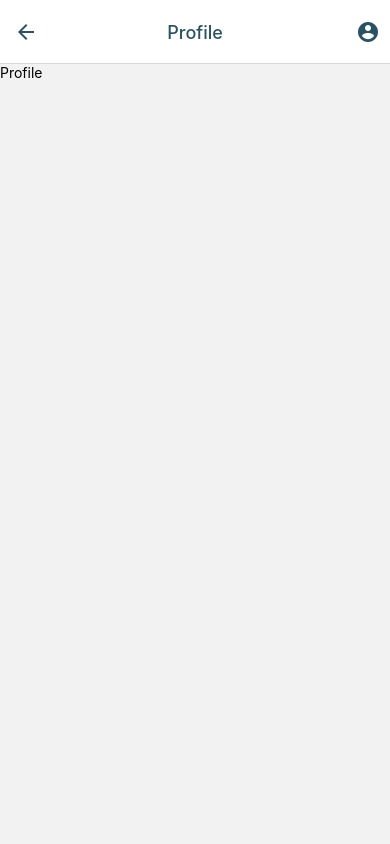
Repository: SaudCh/Expo-Pethub
Screen: /Profile
The author's editor kept a copy of each file at every save. The screen is drawn from the files as they stood at one save, then again after the next save.
The app was drawn by React Native's web renderer in a window 390 px wide. The project was rebuilt for these pictures with package versions that can differ from the ones it lists, and the page was loaded fresh each time. Also part of the build but not shown: Screens/Signup.js, Screens/Home.js, Screens/UpdateProfile.js.

Above is the screen before, as saved 2022-11-15 00:11:36.

After the next save:
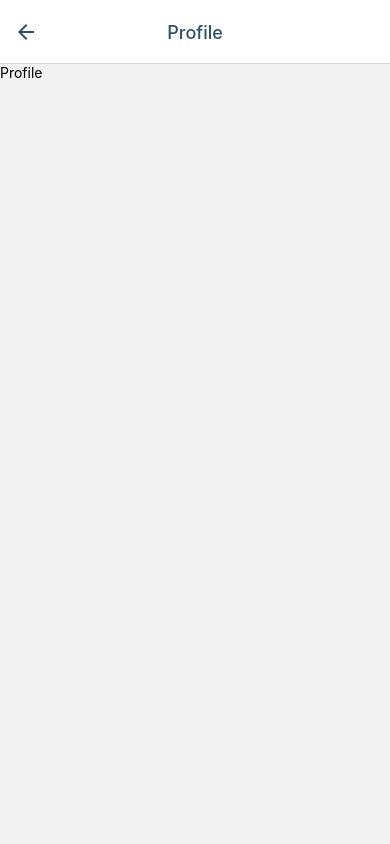
Saved 9 s later.
--- a/Components/Navigator.js
+++ b/Components/Navigator.js
@@ -51,10 +51,7 @@ function AppNavigator() {
                 <Stack.Screen name="Profile" component={Profile} options={{
                     title: 'Profile',
                     headerTintColor: "#2B5262",
-                    headerTitleAlign: 'center',
-                    headerRight: () => (
-                        <Avatar />
-                    )
+                    headerTitleAlign: 'center'
                 }} />
                 <Stack.Screen name="UpdateProfile" component={UpdateProfile} options={{
                     title: 'Update',
